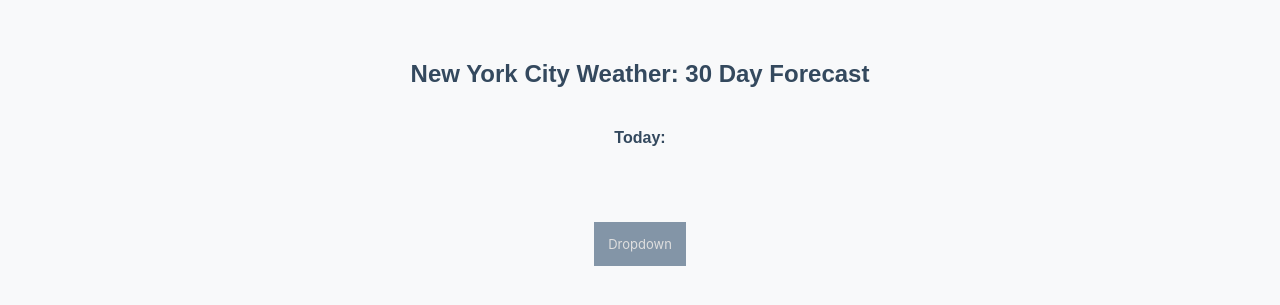
Repository: m0llyc00k/web-advanced
Page: NYC_weather_midterm/index_MC.html
The author's editor kept a record of every edit. The page is drawn from the files as they stood at one moment, then again after the next edit.
The browser window is 1280 px wide. The pictures show the whole page.
Some web fonts or font styles are not loaded; a fallback is used.

Above is the page before.
Console error: TypeError: Cannot read properties of null (reading 'addEventListener')

After the next edit:
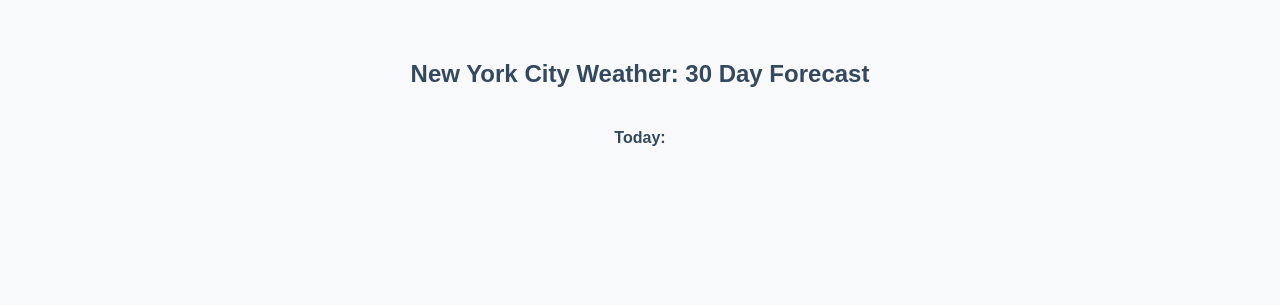
The edit:
--- a/NYC_weather_midterm/index_MC.html
+++ b/NYC_weather_midterm/index_MC.html
@@ -56,14 +56,7 @@
             <!--</div>-->
 
         </div>
-        <div class="dropdown">
-            <button class="dropbtn">Dropdown</button>
-            <div class="dropdown-content">
-                <a href="#">Link 1</a>
-                <a href="#">Link 2</a>
-                <a href="#">Link 3</a>
-            </div>
-        </div>
+
 
         <script src="https://d3js.org/d3.v7.min.js"></script>
         <script src="./script2.js"></script>
